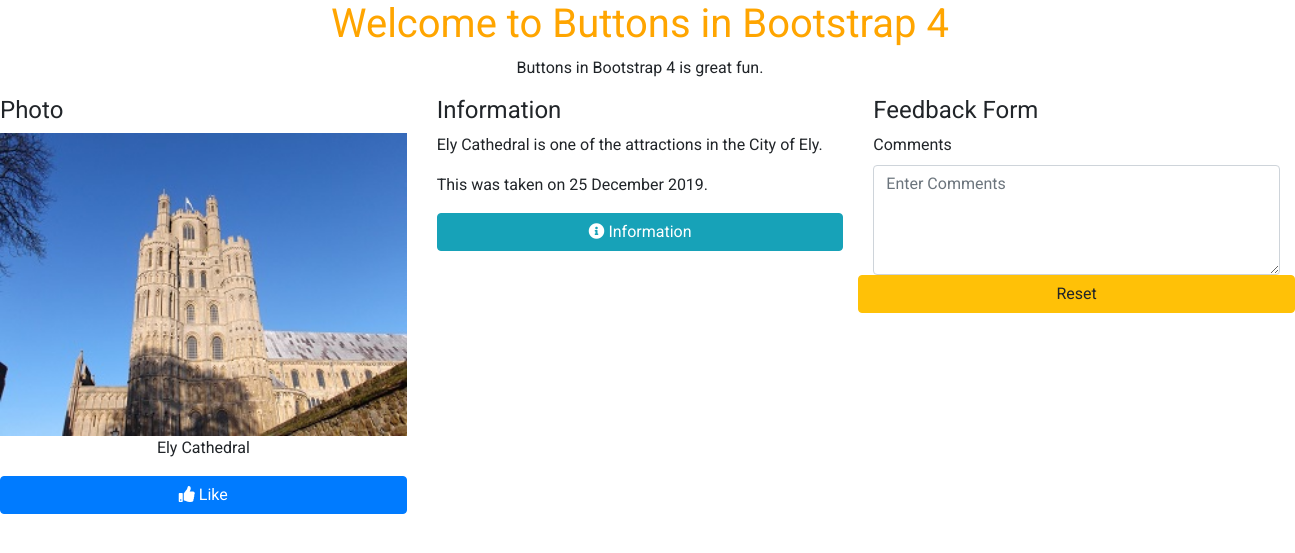
Repository: derektypist/buttons-in-bootstrap-4
Page: index.html
The author's editor kept a record of every edit. The page is drawn from the files as they stood at one moment, then again after the next edit.
The browser window is 1280 px wide. The page is 1295 px wide, so the pictures cover 1295 px, including what lies to the right of the window. The pictures show the whole page.
Some web libraries are served in a nearby version.

Above is the page before.

After the next edit:
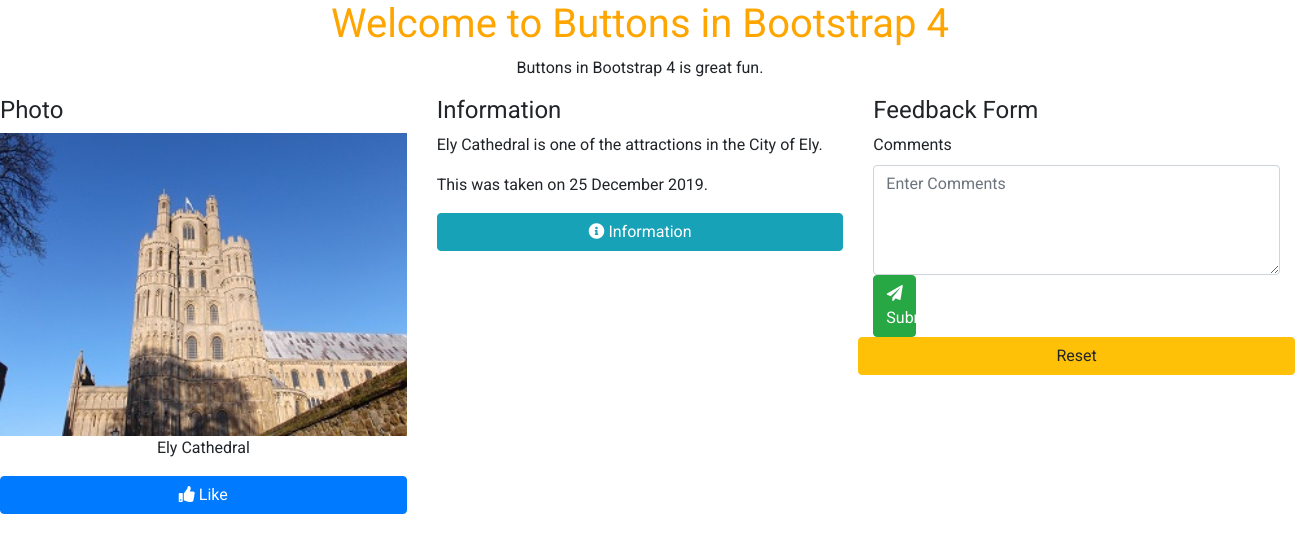
The edit:
--- a/index.html
+++ b/index.html
@@ -55,7 +55,7 @@
                     <textarea class="form-control" placeholder="Enter Comments" rows="4" id="comments"></textarea>
                     <article class="row">
                         <article class="col-sm-2">
-
+                            <button type="submit" value="Submit" class="btn btn-success btn-block" onclick="acknowledge()"><i class="fa fa-paper-plane"></i> Submit</button>
                         </article>
 
                     <button type="reset" value="Reset" class="btn btn-warning btn-block">Reset</button>
